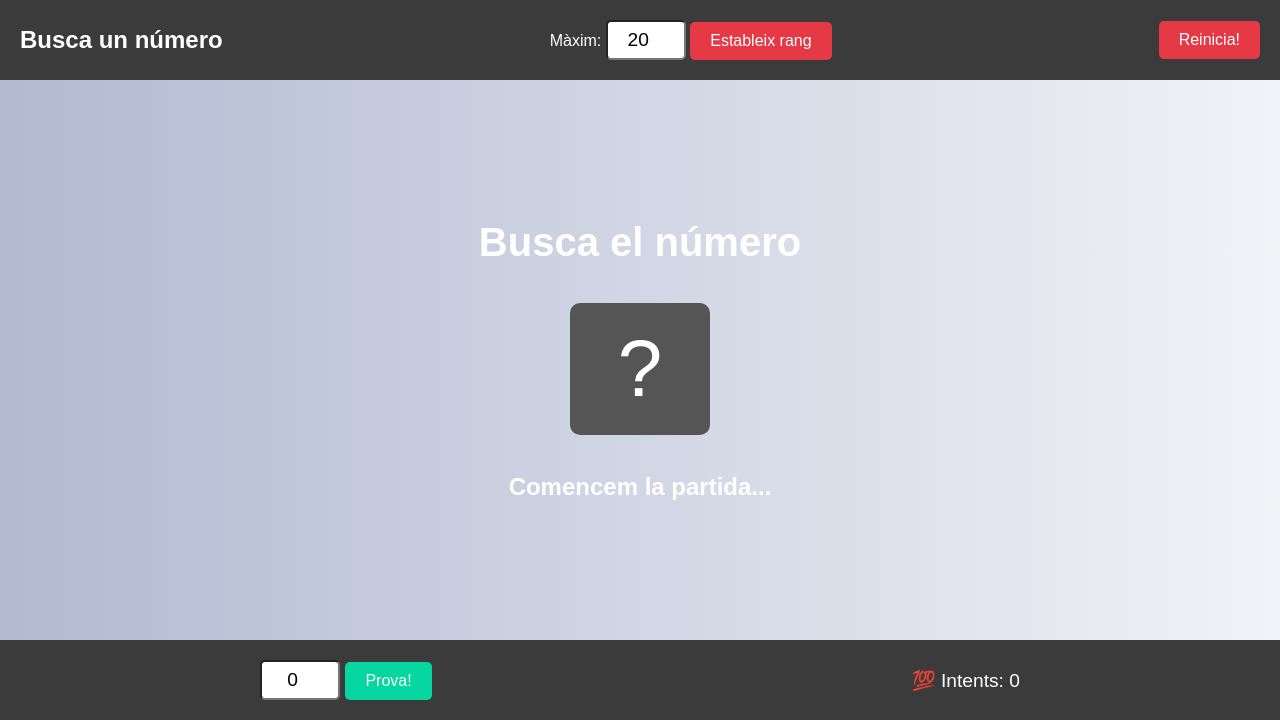
Repository: rdalmau23/M06_01
Page: index.html
An editor plug-in stored every save of this project. The page is shown before and after the next save, followed by the edit.
The browser window is 1280 px wide. The pictures show the whole page.
After loading, the first visible `button` was clicked once.

Above is the page before, as saved 2024-10-11 13:18:39.

### index.html
<!DOCTYPE html>
<html lang="en">
<head>
    <meta charset="UTF-8">
    <meta name="viewport" content="width=device-width, initial-scale=1.0">
    <title>Endivina el número</title>
    <link rel="stylesheet" href="style.css">
    <script src="script.js" defer></script>
</head>
<body>
    <header>
        <h2>Busca un número</h2>
        <div>
        <label for="max" id="rang">Màxim:</label>
        <input type="number" id="max" value="20">
        <button onclick="setRange()">Estableix rang</button>
    </div>
        <button onclick="resetGame()" id="reset">Reinicia!</button>
    </header>
    <main id="main">
        <h1>Busca el número</h1> <br>
        <div id="display-num">?</div> <br>
        <h3 id="display-result">Comencem la partida...</h3>
    </main>
    <footer>
        <div>
            <input type="number" value="0" id="num">
        <button onclick="playGame()" id="play">Prova!</button>
        </div>
        <div>
            <div id="display-jugades">💯 Intents: </div>
        <div id="display-puntuacio">🥇 Millor puntuació: </div>
        </div>
    </footer>
</body>
</html>

### style.css
* {
    margin: 0;
    padding: 0;
    box-sizing: border-box;
  }

  body {
    font-family: Arial, sans-serif;
    height: 100vh;
    display: flex;
    flex-direction: column;
    justify-content: space-between;
    background: linear-gradient(270deg, #ffffff, #001969);
    background-size: 400% 400%;
    animation: gradient-animation 12s ease infinite;
    position: relative;
  }

  @keyframes gradient-animation {
    0% {
      background-position: 0% 50%;
    }
    50% {
      background-position: 100% 50%;
    }
    100% {
      background-position: 0% 50%;
    }
  }

  header {
    background-color: #3b3b3b;
    color: white;
    padding: 20px;
    text-align: center;
    display: flex;
    justify-content: space-between;
    align-items: center;
  }

  header h2 {
    margin: 0;
  }

  header button {
    background-color: #e63946;
    border: none;
    color: white;
    padding: 10px 20px;
    cursor: pointer;
    border-radius: 5px;
    font-size: 16px;
    transition: background-color 0.3s ease;
  }

  header button:hover {
    background-color: #d62839;
  }

  main {
    flex-grow: 1;
    display: flex;
    flex-direction: column;
    justify-content: center;
    align-items: center;
  }

  main h1 {
    font-size: 2.5rem;
    color: white;
  }

  #display-num {
    display: flex;
    justify-content: center;
    font-size: 5rem;
    background-color: #555555;
    color: white;
    padding: 20px;
    width: 140px;
    text-align: center;
    border-radius: 10px;
    margin: 20px 0;
  }

  main h3 {
    font-size: 1.5rem;
    color: white;
  }

  footer {
    background-color: #3b3b3b;
    padding: 20px;
    display: flex;
    justify-content: space-around;
    align-items: center;
  }

 input[type="number"] {
    width: 80px;
    height: 40px;
    border-radius: 5px;
    padding: 10px;
    font-size: 1.2rem;
    text-align: center;
  }

  footer button {
    background-color: #06d6a0;
    border: none;
    color: white;
    padding: 10px 20px;
    cursor: pointer;
    border-radius: 5px;
    font-size: 16px;
    transition: background-color 0.3s ease;
  }

  footer button:hover {
    background-color: #04b383;
  }

  footer div {
    font-size: 1.2rem;
    color: #ffffff;
  }

  @media (max-width: 600px) {
    header, footer {
      flex-direction: column;
      gap: 10px;
    }

    #display-num {
      font-size: 4rem;
      width: 80px;
    }

    footer button {
      font-size: 14px;
    }
  }

### script.js
let numero1;
let userInput = 0;
let intents = 0;
let millorPunt = Infinity;

function setRange() {
    const max = parseInt(document.getElementById("max").value);
    if (max <= 1) {
        alert("El valor màxim ha de ser major que 1."); // marquem que no podem posa de màxim 0 ni negatius
        return;
    }
    numero1 = Math.floor(Math.random() * max) + 1;
    intents = 0;
    document.getElementById("display-num").innerHTML = "?";
    document.getElementById("display-result").innerHTML = "Comencem la partida...";
    document.getElementById("main").style.backgroundColor = "";
    document.getElementById("display-jugades").innerHTML = `💯 Intents: 0`;
    document.getElementById("display-puntuacio").innerHTML = "";
}

function playGame() { //funció per jugar
    if (!numero1) {
        alert("Si us plau, posa el rang abans de jugar!"); // aquí fem un alert que avisa de que s'ha de especifivar el rang amb el que volem jugar
        return;
    }

    userInput = parseInt(document.getElementById("num").value);
    if (userInput !== numero1) {
        intents++; // cada cop que fallem incrementa el num d'intents
        if (userInput < numero1) {
            sortida = `El ${userInput} és massa petit, torna a provar.`;
            document.getElementById("main").style.backgroundColor = "red";
        } else {                                                             // aquí fem que depenend de si és més gran o més petit et mostri un missatge o un altre i amb els colors igual
            sortida = `El ${userInput} és massa gran, torna a provar.`;
            document.getElementById("main").style.backgroundColor = "red";
        }
    } else {
        intents++;
        sortida = `Has endivinat el número!`;
        document.getElementById("display-num").innerHTML = numero1;
        document.getElementById("main").style.backgroundColor = "green"; // s'hi hem endivinat el numero ens mostra per pantalla i apareix un fons verd
        if (intents < millorPunt) {
            millorPunt = intents;
            document.getElementById("display-puntuacio").innerHTML = `🥇 Millor puntuació: ${millorPunt}`; // la millor puntuacio sempre serà si els intents és menor a la millor puntuació anterior
        }
    }
    document.getElementById("display-jugades").innerHTML = `💯 Intents: ${intents}`; // mo0strem els intents que portem
    document.getElementById("display-result").innerHTML = `${sortida}`;
    document.getElementById("num").select();
}

function resetGame() {
    document.getElementById("display-num").innerHTML = "?";
    document.getElementById("display-result").innerHTML = "Comencem la partida...";
    intents = 0;
    document.getElementById("display-jugades").innerHTML = "💯 Intents: 0"; // deixem els intents a 0 de nou però la millor puntuació es guarda
    document.getElementById("main").style.backgroundColor = "";
}

After the next save:
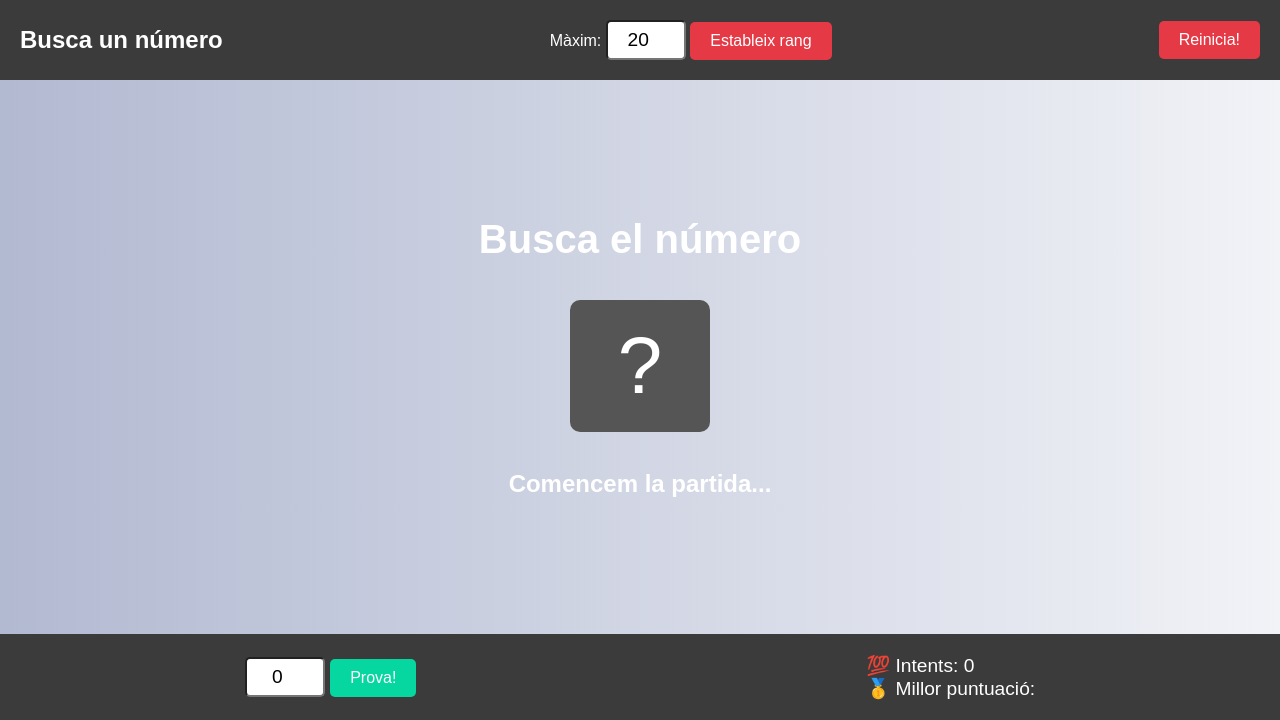
Saved 64 s later.
--- a/script.js
+++ b/script.js
@@ -15,7 +15,7 @@ function setRange() {
     document.getElementById("display-result").innerHTML = "Comencem la partida...";
     document.getElementById("main").style.backgroundColor = "";
     document.getElementById("display-jugades").innerHTML = `💯 Intents: 0`;
-    document.getElementById("display-puntuacio").innerHTML = "";
+    document.getElementById("display-puntuacio").innerHTML = "🥇 Millor puntuació: ";
 }
 
 function playGame() { //funció per jugar
